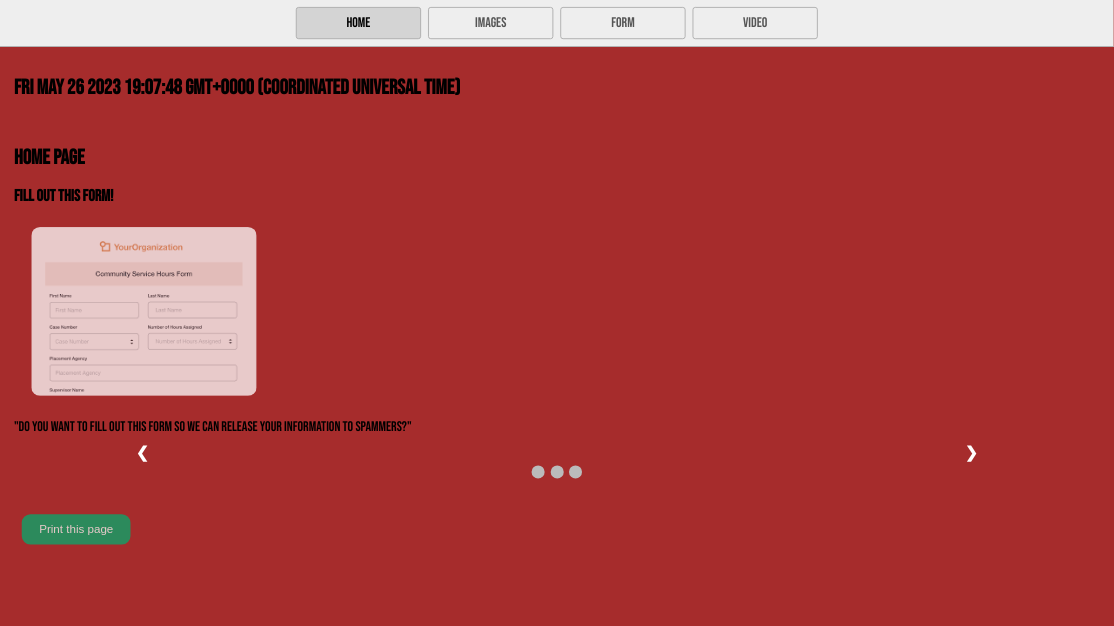
Repository: sebas6292/palmTree-Final
Page: Home.html
An editor plug-in stored every save of this project. The page is shown before and after the next save, followed by the edit.
The browser window is 1280 px wide. The pictures show the whole page, at 87% of full size.
After loading, the first visible `a.prev` was clicked once.

Above is the page before, as saved 2023-06-03 13:37:49.
Console error: ReferenceError: plusSlides is not defined

### Home.html
<!DOCTYPE html>
<html lang="en">
  <head>
    <title>Jeff's Final</title>
    <meta charset="UTF-8" />
    <meta name="viewport" content="width=device-width" />
  <link rel="icon" href="/Assets/favicon.jpg" type="image/x-icon">
    <link rel="preconnect" href="https://fonts.googleapis.com">
    <link rel="preconnect" href="https://fonts.gstatic.com" crossorigin>
    <link href="https://fonts.googleapis.com/css2?family=Bebas+Neue&display=swap" rel="stylesheet">
    <link rel="stylesheet" href="styles.css" />
  </head>
  <body>
    <nav>
      <a href="/Home.html" aria-current="page">Home</a>
      <a href="/Images.html">Images</a>
      <a href="/Form.html">Form</a>
      <a href="/Video.html">Video</a>
    </nav>
    <main>
      <h1>
        <script>
          document.write(Date())
        </script>
        </h1>
        <br>
      <h1>Home page</h1>
      <div>
        <h3>Fill out this Form!</h3>
        <a
          href="/Form.html"
        >
          <img src="./Assets/form.png" />
        </a>
        <p>"Do you want to fill out this form so we can release your information to spammers?"</p>
      </div>
      <!-- Slideshow container -->
<div class="slideshow-container">

  <!-- Full-width images with number and caption text -->
  <div class="mySlides fade">
    <div class="numbertext">1 / 3</div>
    <img src="/Assets/CancunBeach.jpeg" style="width:100%">
    <div class="text">Cancun Beach</div>
  </div>

  <div class="mySlides fade">
    <div class="numbertext">2 / 3</div>
    <img src="/Assets/PhilipinesBeach.jpeg" style="width:100%">
    <div class="text">Philipines Beach</div>
  </div>

  <div class="mySlides fade">
    <div class="numbertext">3 / 3</div>
    <img src="/Assets/FijiBeach.jpeg" style="width:100%">
    <div class="text">Fiji Beach</div>
  </div>

  <!-- Next and previous buttons -->
  <a class="prev" onclick="plusSlides(-1)">&#10094;</a>
  <a class="next" onclick="plusSlides(1)">&#10095;</a>
</div>
<br>

<!-- The dots/circles -->
<div style="text-align:center">
  <span class="dot" onclick="currentSlide(1)"></span>
  <span class="dot" onclick="currentSlide(2)"></span>
  <span class="dot" onclick="currentSlide(3)"></span>
</div>
    </main>
    <button onclick="window.print()">Print this page</button>
  </body>
</html>

### styles.css
* {
    box-sizing: border-box;
  }

  body {
    margin: 0;
    font-family: 'Bebas Neue', sans-serif;
    color: black;
    background-color: white;
  }
  @keyframes body {
    0%   {background-color: white;}
    25%  {background-color: brown}
    50%  {background-color: purple;}
    100% {background-color: black;}
  }
  body {
    background-color: white;
    animation-name: body;
    animation-duration: 30s;
  }

  nav {
    display: flex;
    flex-wrap: wrap;
    align-items: center;
    justify-content: center;
    padding: 0.5rem;
    gap: 0.5rem;
    border-bottom: solid 1px #aaa;
    background-color: #eee;
  }

  nav a {
    display: inline-block;
    min-width: 9rem;
    padding: 0.5rem;
    border-radius: 0.2rem;
    border: solid 1px #aaa;
    text-align: center;
    text-decoration: none;
    color: #555;
  }

  nav a[aria-current='page'] {
    color: #000;
    background-color: #d4d4d4;
  }

  main {
    padding: 1rem;
  }

  h1 {
    font-weight: bold;
    font-size: 1.5rem;
  }
  .form-title {
    margin-left: 57px;
    color: whitesmoke;
    padding-top: 15px;
  }

  .bg-img {
    background-image: url('/Assets/pier2.jpeg');
    height: 500px;
    border-radius: 10px;
  }

  .form-container {
    position: absolute;
    margin: 0 0 0 40px;
    max-width: 400px;
    padding: 24px;
    background-color: whitesmoke;
    border-radius: 10px;
  }
  input[type=text], input[type=password], input[id=comment] {
    width: 100%;
    padding: 10px;
    border: none;
    background: #f1f1f1;
    border-radius: 5px;
  }

  button {
    background-color: #04AA6D;
    padding: 10px 20px 10px 20px;
    margin: 20px 0px 40px 25px;
    border-radius: 10px;
    cursor: pointer;
    color: white;
    border: none;
    opacity: 0.75;
  }
  button:hover {
    opacity: 1.25;
  }
  .btn {
    background-color: #04AA6D;
    color: white;
    margin-bottom: .5rem ;
    padding: 5px 0 5px 0;
    border: none;
    cursor: pointer;
    border-radius: 5px;
    width: 100%;
    opacity: 0.75;
  }
  .btn:hover {
    opacity: 1;
  }
  img {
    border-radius: 10px;
    margin: 5px 0 5px 20px;
    opacity: .75;
  }
  img:hover {
    opacity: 1;
    width: 300px;
  }
  .video-title {
   margin: 0px 0 0 20px;
   padding-top: 20px;
  }

  video {
    margin: 20px 0 0 15px;
    border-radius: 10px;
  }

  * {box-sizing:border-box}

/* Slideshow container */
.slideshow-container {
  max-width: 1000px;
  position: relative;
  margin: auto;
}

/* Hide the images by default */
.mySlides {
  display: none;
}

/* Next & previous buttons */
.prev, .next {
  cursor: pointer;
  position: absolute;
  top: 50%;
  width: auto;
  margin-top: -22px;
  padding: 16px;
  color: white;
  font-weight: bold;
  font-size: 18px;
  transition: 0.6s ease;
  border-radius: 0 3px 3px 0;
  user-select: none;
}

/* Position the "next button" to the right */
.next {
  right: 0;
  border-radius: 3px 0 0 3px;
}

/* On hover, add a black background color with a little bit see-through */
.prev:hover, .next:hover {
  background-color: rgba(0,0,0,0.8);
}

/* Caption text */
.text {
  color: #f2f2f2;
  font-size: 15px;
  padding: 8px 12px;
  position: absolute;
  bottom: 8px;
  width: 100%;
  text-align: center;
}

/* Number text (1/3 etc) */
.numbertext {
  color: #f2f2f2;
  font-size: 12px;
  padding: 8px 12px;
  position: absolute;
  top: 0;
}

/* The dots/bullets/indicators */
.dot {
  cursor: pointer;
  height: 15px;
  width: 15px;
  margin: 0 2px;
  background-color: #bbb;
  border-radius: 50%;
  display: inline-block;
  transition: background-color 0.6s ease;
}

.active, .dot:hover {
  background-color: #717171;
}

/* Fading animation */
.fade {
  animation-name: fade;
  animation-duration: 1.5s;
}

@keyframes fade {
  from {opacity: .4}
  to {opacity: 1}
}

After the next save:
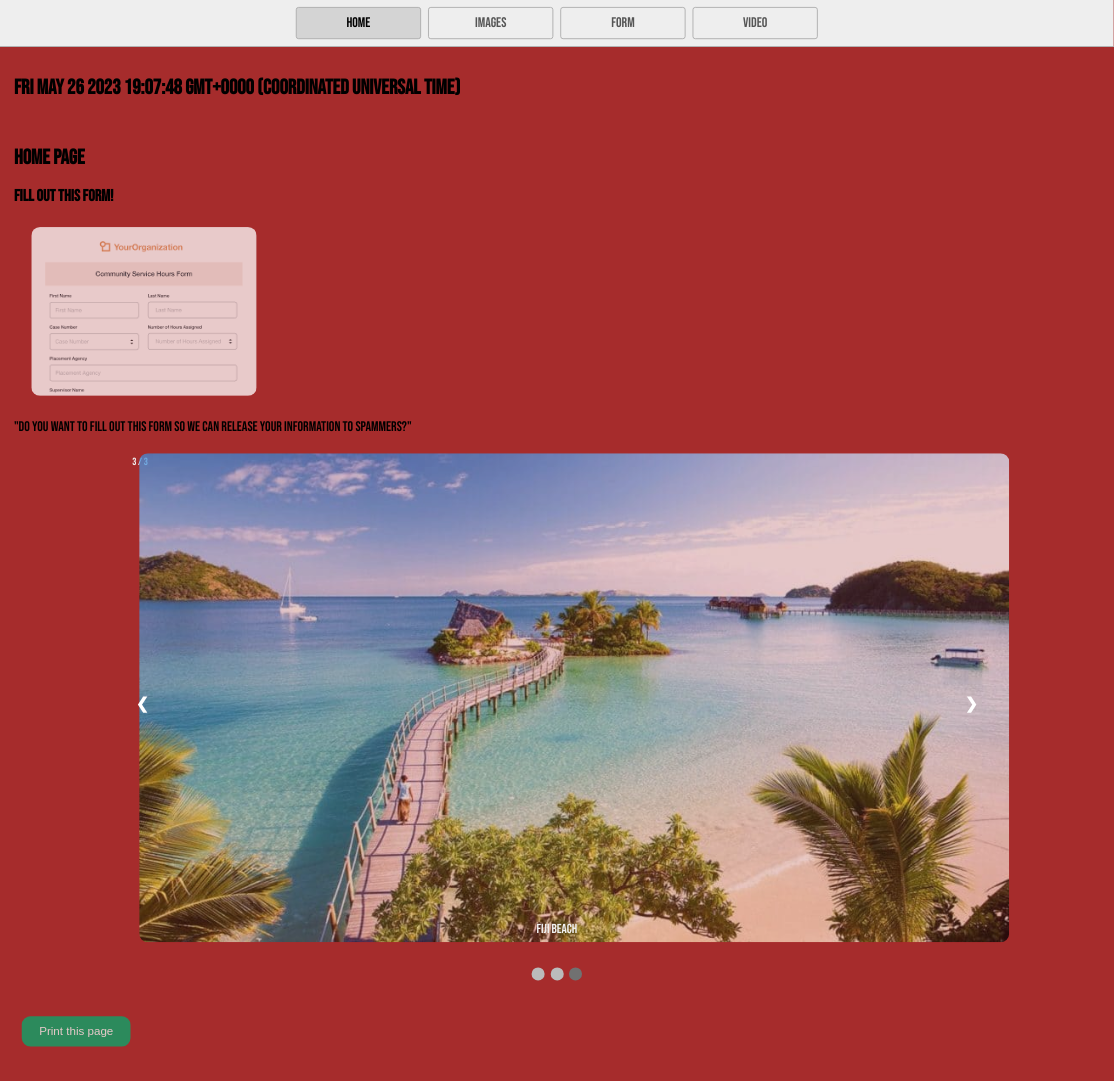
Console error: TypeError: Cannot read properties of undefined (reading 'style')
Saved 47 s later.
--- a/Home.html
+++ b/Home.html
@@ -21,6 +21,34 @@
       <h1>
         <script>
           document.write(Date())
+          let slideIndex = 1;
+showSlides(slideIndex);
+
+// Next/previous controls
+function plusSlides(n) {
+  showSlides(slideIndex += n);
+}
+
+// Thumbnail image controls
+function currentSlide(n) {
+  showSlides(slideIndex = n);
+}
+
+function showSlides(n) {
+  let i;
+  let slides = document.getElementsByClassName("mySlides");
+  let dots = document.getElementsByClassName("dot");
+  if (n > slides.length) {slideIndex = 1}
+  if (n < 1) {slideIndex = slides.length}
+  for (i = 0; i < slides.length; i++) {
+    slides[i].style.display = "none";
+  }
+  for (i = 0; i < dots.length; i++) {
+    dots[i].className = dots[i].className.replace(" active", "");
+  }
+  slides[slideIndex-1].style.display = "block";
+  dots[slideIndex-1].className += " active";
+}
         </script>
         </h1>
         <br>
